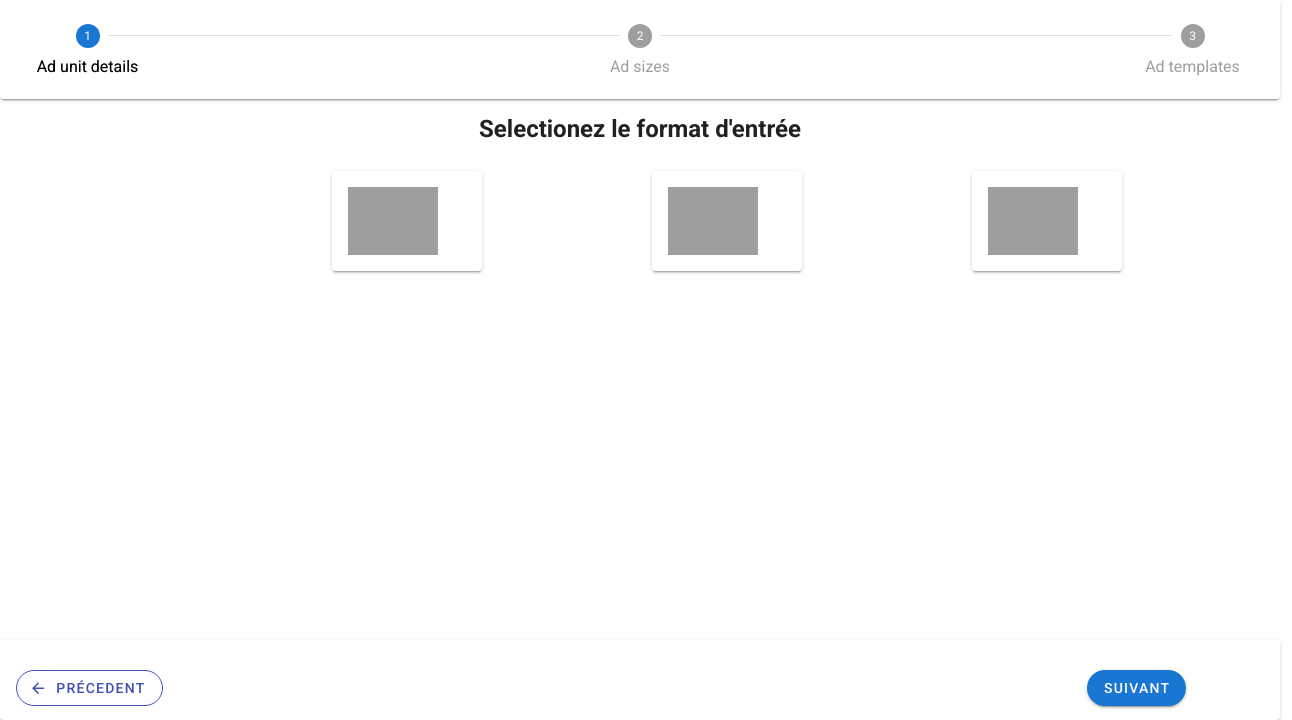
Repository: SidneyHodieb/myc
Page: /addsource/format
These files come from the project's save history. The page is drawn as it stood at one moment and after the next save; the edit follows.
The browser window is 1280 px wide. The page is 1292 px wide, so the pictures cover 1292 px, including what lies to the right of the window. The pictures show the whole page.
Pictures or frames that could not be fetched are drawn as grey boxes. The project was rebuilt for these pictures with package versions that can differ from the ones it lists, and the page was loaded fresh each time. Also part of the build but not shown: vue.config.js, src/views/Home.vue, src/views/addSource/components/card.vue, src/views/addSource/components/trigger.vue.

Above is the page before, as saved 2021-04-04 13:07:52.

### src/App.vue
<template>
  <v-app>
    <v-main>
      <router-view></router-view>
    </v-main>
  </v-app>
</template>

<script>

export default {
  name: 'App',
  data: () => ({
    //
  }),
};
</script>

### src/router/index.js
import Vue from 'vue'
import VueRouter from 'vue-router'
import Home from '../views/Home.vue'
import addSource from '../views/addSource/column'
import format from '../views/addSource/components/format'
import card from '../views/addSource/components/card'
import trigger from '../views/addSource/components/trigger'

Vue.use(VueRouter)

const routes = [
  {
    path: '/',
    name: 'Home',
    component: Home
  },
  {
    path: '/addsource',
    name: 'addSource',
    component: addSource,
    children: [
      {
        path: 'format',
        component: format
      },
      {
        path: 'card',
        component: card
      },
      {
        path: 'trigger',
        component: trigger
      }
    ]
  },
  {
    path: '/about',
    name: 'About',
    // route level code-splitting
    // this generates a separate chunk (about.[hash].js) for this route
    // which is lazy-loaded when the route is visited.
    component: function () {
      return import(/* webpackChunkName: "about" */ '../views/About.vue')
    }
  }
]

const router = new VueRouter({
  mode: 'history',
  base: process.env.BASE_URL,
  routes
})

export default router

### src/views/addSource/column.vue
<template>
  <div>
    <!-- Header -->
      <v-stepper alt-labels>
          <v-stepper-header>
            <v-stepper-step step="1">
              Ad unit details
            </v-stepper-step>

            <v-divider></v-divider>

            <v-stepper-step step="2">
              Ad sizes
            </v-stepper-step>

            <v-divider></v-divider>

            <v-stepper-step step="3">
              Ad templates
            </v-stepper-step>
          </v-stepper-header>
        </v-stepper>

        <!-- Content -->
        <router-view></router-view>
        <!--Footer  -->

<v-card class="card-bottom">

    <v-row>
       <v-col>
       <v-btn
       class="ml-4"
      rounded
      outlined
      color="indigo"
    >
     <v-icon left>
        mdi-arrow-left
      </v-icon>
      Précedent
    </v-btn>
       </v-col>

  <v-col offset-md="8" offset-sm="8">
      <v-btn
      rounded
      color="primary"
      dark
    >
      Suivant
    </v-btn>
      </v-col>
      </v-row>
    </v-card>

  </div>
</template>

<script>
export default {

}
</script>

<style lang="scss" scoped>

.card-bottom{
  position: absolute;bottom: 0;width:100%; height: 50px; padding-bottom:50px; padding-top:30px
}

</style>

### src/views/addSource/components/format.vue
<template>
  <v-container fluid grid-list-md>
    <v-row>
      <v-col md="12" sm="12" class="text-center">
        <h2>Selectionez le format d'entrée</h2>
      </v-col>
      <v-col offset-md="3">
        <v-card width="150">
          <v-card-text>
            <div>
          <v-img
           width="90"
            src="https://www.flaticon.com/svg/vstatic/svg/786/786788.svg?token=exp=1617473650~hmac=f02174a0ee444bdd71a855da4ad95c3d"
        ></v-img>
        </div>
         </v-card-text>
        </v-card>
      </v-col>
      <v-col>
        <v-card width="150">
          <v-card-text>
          <v-img
           width="90"
            src="https://www.flaticon.com/svg/vstatic/svg/2306/2306016.svg?token=exp=1617475854~hmac=35e4e709fb9fa1338bb7b9cd5032613a"
        ></v-img>
         </v-card-text>
        </v-card>
      </v-col>
      <v-col>
        <v-card width="150">
           <v-card-text>
          <v-img
           width="90"
            src="https://www.flaticon.com/svg/vstatic/svg/994/994152.svg?token=exp=1617476036~hmac=b132b4a2ee4139281536cfde68b7345e"
        ></v-img>
         </v-card-text>
        </v-card>
      </v-col>
    </v-row>
  </v-container>
</template>

<script>
export default {
  data () {
      return {
        checkbox: true,
      }
    },
}
</script>

<style lang="scss" scoped>

.checkbox-round {
    width: 1.3em;
    height: 1.3em;
    background-color: white;
    border-radius: 50%;
    vertical-align: middle;
    border: 1px solid #ddd;
    -webkit-appearance: none;
    outline: none;
    cursor: pointer;
}
</style>

Loaded but not shown: public/index.html (common file); src/main.js (common file); src/store/index.js (common file); src/plugins/vuetify.js (common file)

After the next save:
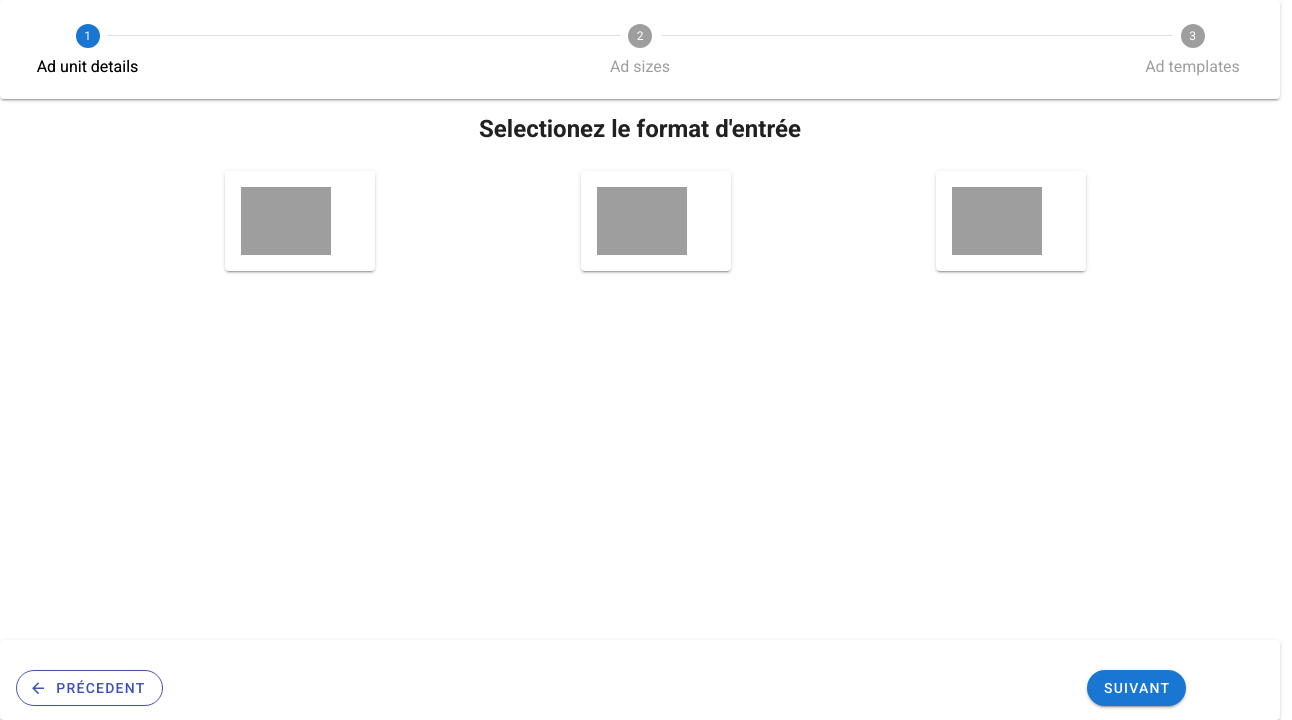
Saved 7 s later.
--- a/src/views/addSource/components/format.vue
+++ b/src/views/addSource/components/format.vue
@@ -4,7 +4,7 @@
       <v-col md="12" sm="12" class="text-center">
         <h2>Selectionez le format d'entrée</h2>
       </v-col>
-      <v-col offset-md="3">
+      <v-col offset-md="2">
         <v-card width="150">
           <v-card-text>
             <div>
